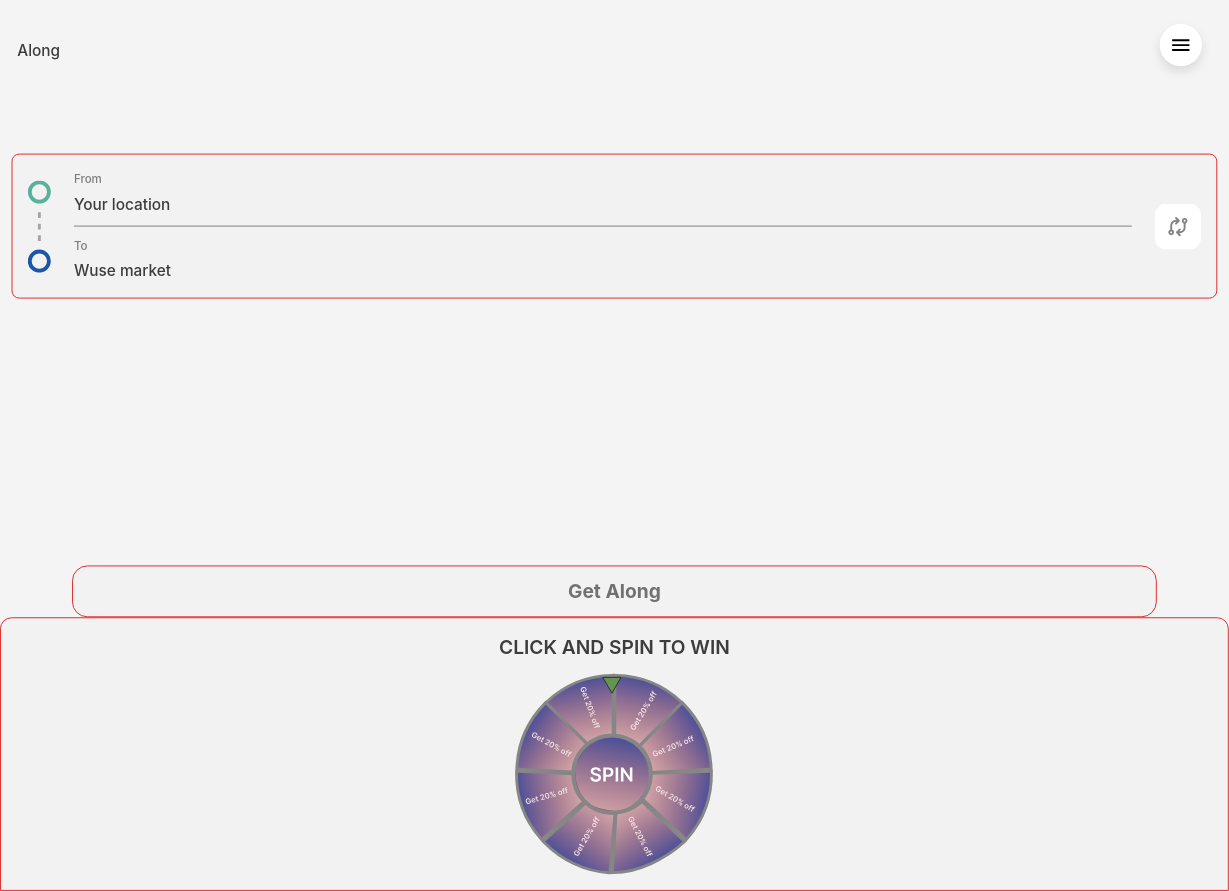
Repository: TeamAlong/Along-App
Page: /
The author's editor kept a copy of each file at every save. The page is drawn from the files as they stood at one save, then again after the next save.
The browser window is 1280 px wide. The pictures show the whole page, at 96% of full size.
The project was rebuilt for these pictures with package versions that can differ from the ones it lists, and the page was loaded fresh each time. The framework's server and built-in components were replaced by stand-ins that run in the browser. Also part of the build but not shown: next.config.mjs, src/components/user/drivers-preview.js.

Above is the page before, as saved 2024-02-26 22:39:11.

After the next save:
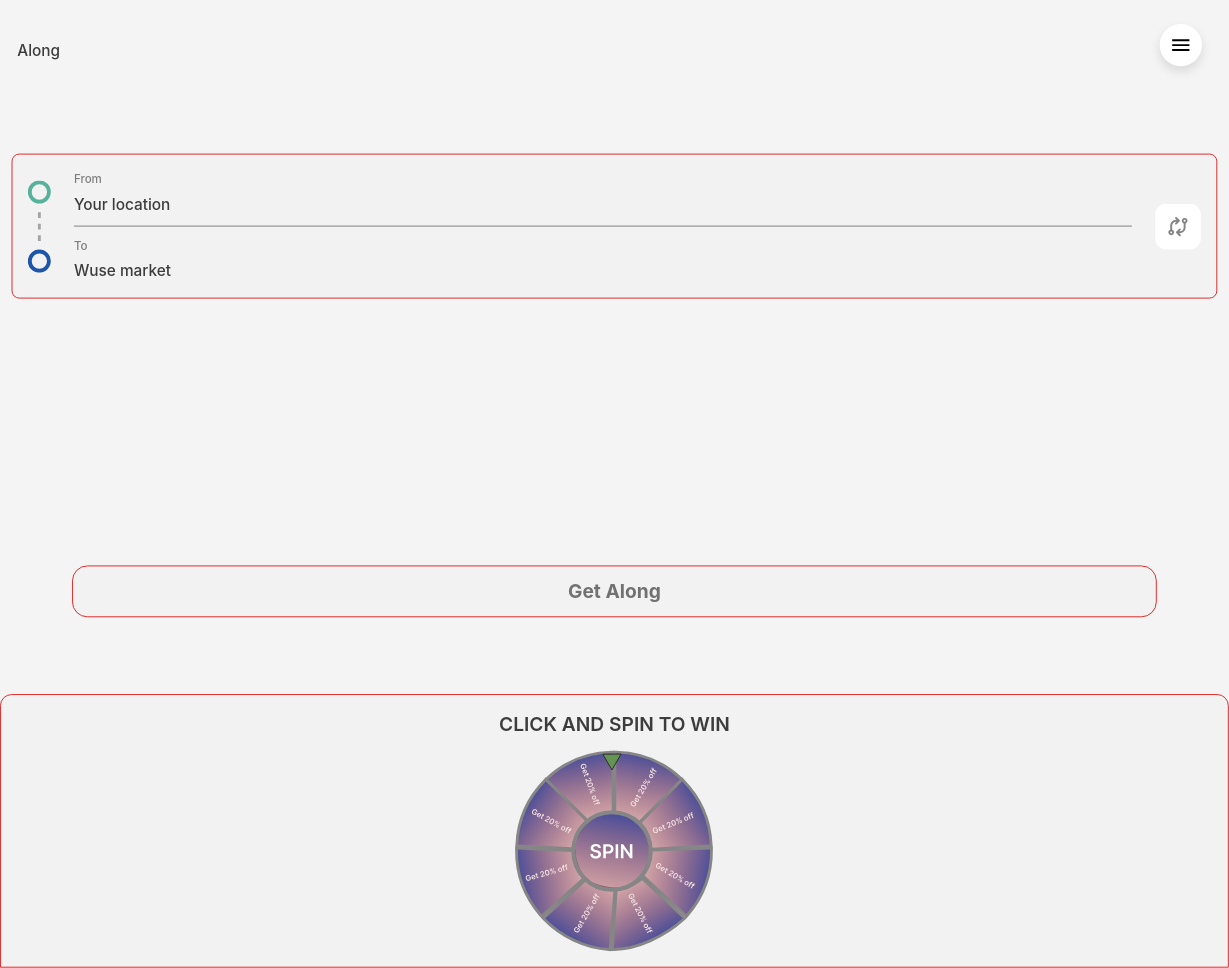
Saved 5 s later.
--- a/src/pages/index.js
+++ b/src/pages/index.js
@@ -13,7 +13,7 @@ export default function Home() {
   };
   return (
     <Layout>
-      <main className="pt-40  px-3 flex flex-col gap-[278px]">
+      <main className="pt-40 pb-20 px-3 flex flex-col gap-[278px]">
         <section className="w-full flex items-center gap-6 px-4 py-[18px] rounded-lg bg-[#F2F2F2] border border-red-600">
           <Image src={Circles} alt="" />
 
